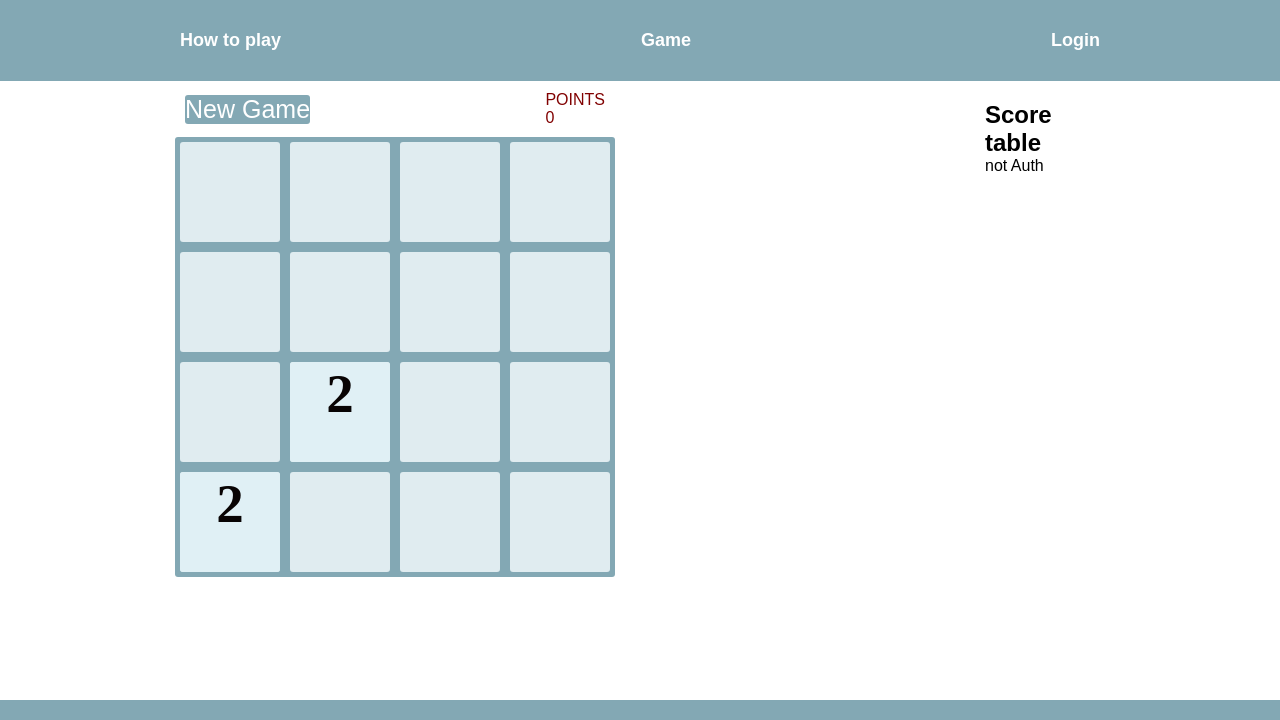
Repository: nika-otter/2048
Page: / (app in client/)
These files come from the project's save history. The page is drawn as it stood at one moment and after the next save; the edit follows.
The browser window is 1280 px wide. The pictures show the whole page.
The project was rebuilt for these pictures with package versions that can differ from the ones it lists, and the page was loaded fresh each time. Also part of the build but not shown: client/src/components/Login/LoginForm.js, client/src/pages/account/index.jsx, client/src/components/Game/GameOverlay.jsx, client/src/components/InstructionPage/InstructionPage.module.scss, client/src/components/HowToPlay/howtoplay.module.scss, client/src/components/HowToPlay/howtoplay.jsx, client/src/components/InstructionPage/InstructionPage.jsx, client/src/pages/Instruction/index.jsx and 4 more.

Above is the page before, as saved 2023-04-30 18:16:48.

After the next save:
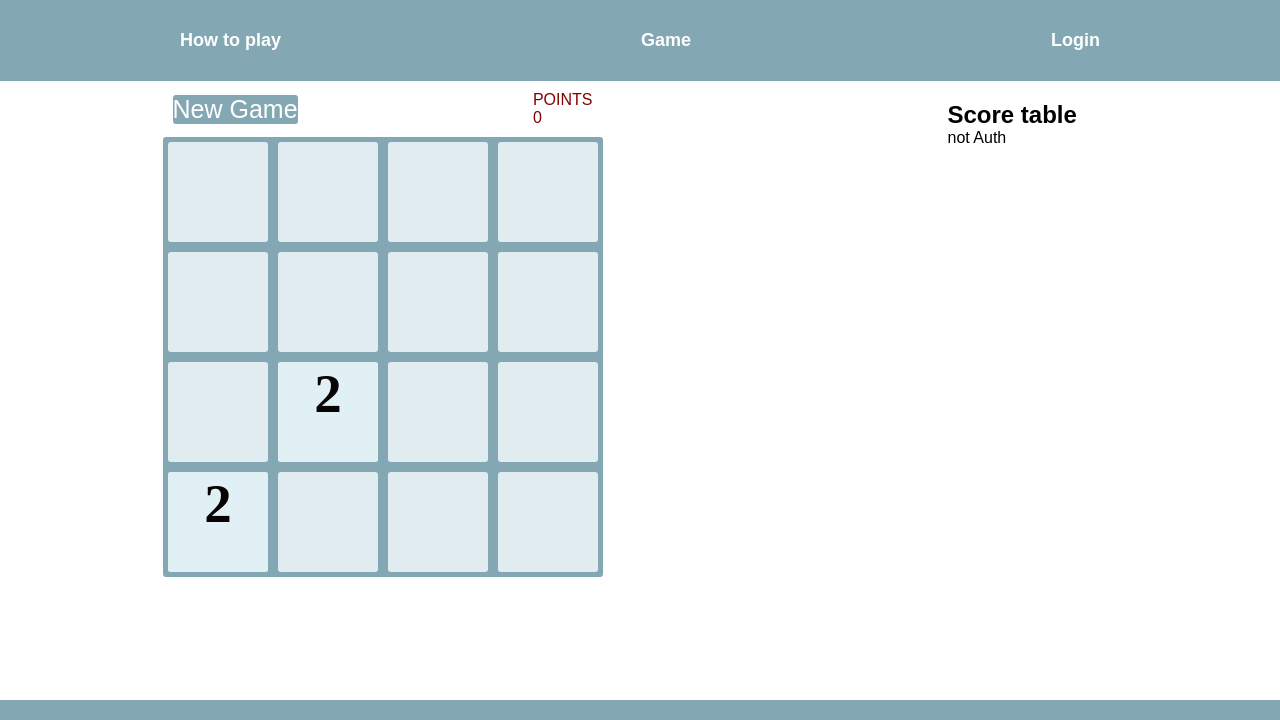
Saved 11 s later.
--- a/client/src/components/ScoreTable/ScoreTable.module.scss
+++ b/client/src/components/ScoreTable/ScoreTable.module.scss
@@ -1,8 +1,8 @@
 .scoretable {
   margin: 20px;
-  width: 100px;
+  width: 150px;
 }
 .loading {
-  width: 100px;
+  width: 150px;
   margin: 20px;
 }
